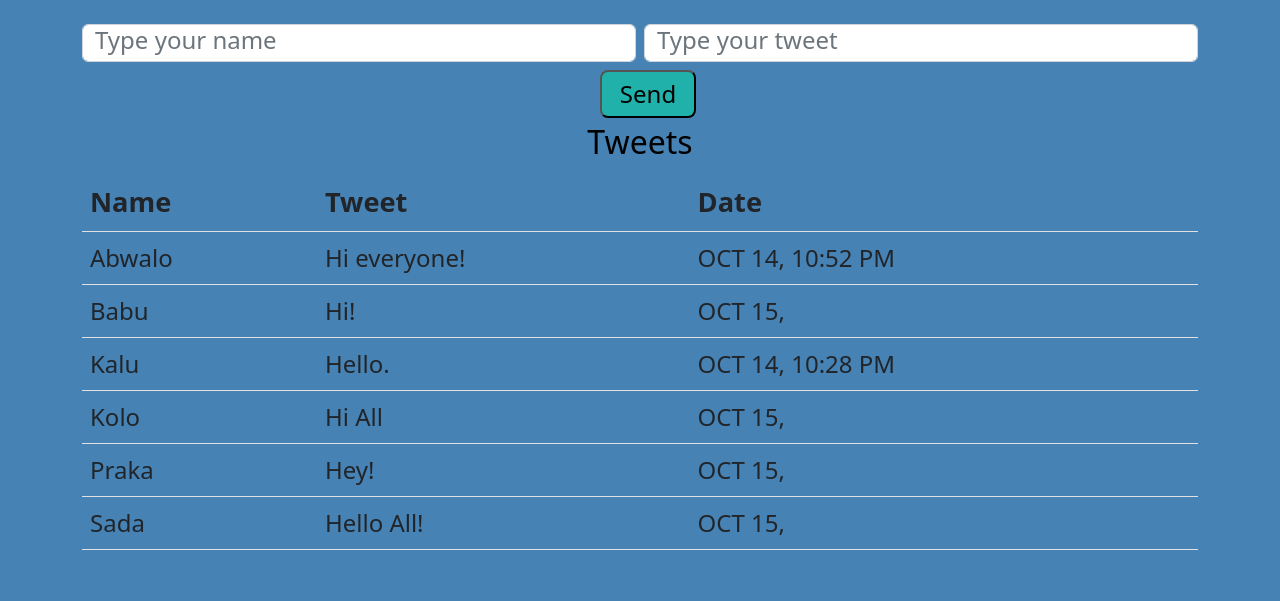
Repository: ShindanoSingi/poor-man-tweeter
Page: http://localhost/
These files come from the project's save history. The page is drawn as it stood at one moment and after the next save; the edit follows.
The browser window is 1280 px wide. The pictures show the whole page.
Some web libraries are served in a nearby version. The page is served by the project's application, run on Django 4.2 (poormantweeter/manage.py). Other server files are loaded and not shown. The page reads the database file committed with the project.

Above is the page before, as saved 2022-10-14 19:35:32.

### poormantweeter/poormantweeterapp/templates/poormantweeterapp/index.html
<!DOCTYPE html>
<html lang="en">
<head>
  <meta charset="UTF-8">
  <meta name="viewport" content="width=device-width, initial-scale=1.0">
  <title>Poor Man's Tweeter</title>


  {% comment %} <script src="https://cdn.tailwindcss.com"></script> {% endcomment %}
  <link href="https://cdn.jsdelivr.net/npm/bootstrap@5.2.2/dist/css/bootstrap.min.css" rel="stylesheet" integrity="sha384-Zenh87qX5JnK2Jl0vWa8Ck2rdkQ2Bzep5IDxbcnCeuOxjzrPF/et3URy9Bv1WTRi" crossorigin="anonymous">
  <link type="text/css"  href="/css/style.css">
  <script src="https://cdn.jsdelivr.net/npm/bootstrap@5.2.2/dist/js/bootstrap.bundle.min.js" integrity="sha384-OERcA2EqjJCMA+/3y+gxIOqMEjwtxJY7qPCqsdltbNJuaOe923+mo//f6V8Qbsw3" crossorigin="anonymous"></script>

  <script src="https://cdn.jsdelivr.net/npm/vue@2.7.10"></script>
  <script src="https://cdnjs.cloudflare.com/ajax/libs/axios/1.1.2/axios.min.js" integrity="sha512-bHeT+z+n8rh9CKrSrbyfbINxu7gsBmSHlDCb3gUF1BjmjDzKhoKspyB71k0CIRBSjE5IVQiMMVBgCWjF60qsvA==" crossorigin="anonymous" referrerpolicy="no-referrer"></script>

</head>
<body class="bg-[gainsboro]">
  <div id="app" class="container mt-4">
    <div class="input-textArea-bubmitButton">
      <div class="mb-2 input-textArea">
        <input v-model="author_text" type="text" id="author_text" class="form-control" placeholder="Type your name" >
        <input v-model="body_text" type="text" id="body_text" class="form-control" placeholder="Type your tweet">
    </div>
    <div class="send-button"><button type="button" class="submit-button" v-on:click="saveTweet">Send</button></div>
    </div>

    <table class="table max-w-10xl caption-top">
      <caption class="title">Tweets</caption>
      <thead class="mx-auto">
        <tr>
          <th scope="col">Name</th>
          <th scope="col">Tweet</th>
          <th scope="col">Date</th>
        </tr>
      </thead>
      <tbody>
        <tr v-for="tweet of tweets">
          <td >[[ tweet.author ]]</td>
          <td class="tdbody">[[ tweet.body ]]</td>
          <td>[[ tweet.date ]]</td>
        </tr>
      </tbody>
    </table>
  </div>


    <script>
      let app = new Vue({
        el: '#app',
        delimiters: ['[[', ']]'],
        data: {
          tweets: [],
          author_text: '',
          body_text: '',

        },
        methods: {
        saveTweet: function() {
          axios({
            url: "{% url 'poormantweeterapp:save_tweet' %}",
            method: 'post',
            data: {
              author_text: this.author_text,
              body_text: this.body_text,
            },
            headers:{
              'X-CSRFToken':'{{ csrf_token }}'
            }
          }).then(response => {
            console.log('response.data');
          })

          // Reload the page
          location.reload();
        }
        },
        created: function(){
          axios({
            url: "{% url 'poormantweeterapp:tweets' %}",
            method: 'get',
          }).then(response => {

            // Tweet array object
            this.tweets = [];

            // Assign the response from API to data.
            let data = response.data.tweet_items;

            // Loop through data array of objects and extract author name, tweet and date.
            for (let i = 0; i < data.length; i++) {
              let newDate = new Date(data[i].date)
              let stringDate = newDate.toString().split(' ')[1] + ' ' + newDate.toString().split(' ')[2];
              let hour = newDate.toString().split(' ')[4].substring(0,2)

              //let formattedAuthorName = ''
              //formattedAuthorName = data[i].author.charAt(0).toUpperCase() + data[i].author.substring(1)

              // Format time to show  from 1 to 12 AM or PM
              let time = '';
              if(hour === '12'){
                time += '12' + ':' + newDate.toString().split(' ')[4].substring(3,5) + ' PM'
              }
              if(hour === '13'){
                time += '1' + ':' + newDate.toString().split(' ')[4].substring(3,5) + ' PM'
              }
              if(hour === '14'){
                time += '2' + ':' + newDate.toString().split(' ')[4].substring(3,5) + ' PM'
              }
              if(hour === '15'){
                time += '3' + ':' + newDate.toString().split(' ')[4].substring(3,5) + ' PM'
              }
              if(hour === '16'){
                time += '4' + ':' + newDate.toString().split(' ')[4].substring(3,5) + ' PM'
              }
              if(hour === '17'){
                time += '5' + ':' + newDate.toString().split(' ')[4].substring(3,5) + ' PM'
              }
              if(hour === '18'){
                time += '6' + ':' + newDate.toString().split(' ')[4].substring(3,5) + ' PM'
              }
              if(hour === '19'){
                time += '7' + ':' + newDate.toString().split(' ')[4].substring(3,5) + ' PM'
              }
              if(hour === '20'){
                time += '8' + ':' + newDate.toString().split(' ')[4].substring(3,5) + ' PM'
              }
              if(hour === '21'){
                time += '9' + ':' + newDate.toString().split(' ')[4].substring(3,5) + ' PM'
              }
              if(hour === '22'){
                time += '10' + ':' + newDate.toString().split(' ')[4].substring(3,5) + ' PM'
              }
              if(hour === '23'){
                time += '11' + ':' + newDate.toString().split(' ')[4].substring(3,5) + ' PM'
              }
              if(hour === '24'){
                time += '12' + ':' + newDate.toString().split(' ')[4].substring(3,5) + ' AM'
              }
              if(hour === '01'){
                time += '1' + ':' + newDate.toString().split(' ')[4].substring(3,5) + ' AM'
              }
              if(hour === '02'){
                time += '2' + ':' + newDate.toString().split(' ')[4].substring(3,5) + ' AM'
              }
              if(hour === '03'){
                time += '3' + ':' + newDate.toString().split(' ')[4].substring(3,5) + ' AM'
              }
              if(hour === '04'){
                time += '4' + ':' + newDate.toString().split(' ')[4].substring(3,5) + ' AM'
              }
              if(hour === '05'){
                time += '5' + ':' + newDate.toString().split(' ')[4].substring(3,5) + ' AM'
              }
              if(hour === '06'){
                time += '6' + ':' + newDate.toString().split(' ')[4].substring(3,5) + ' AM'
              }
              if(hour === '07'){
                time += '7' + ':' + newDate.toString().split(' ')[4].substring(3,5) + ' AM'
              }
              if(hour === '08'){
                time += '8' + ':' + newDate.toString().split(' ')[4].substring(3,5) + ' AM'
              }
              if(hour === '09'){
                time += '9' + ':' + newDate.toString().split(' ')[4].substring(3,5) + ' AM'
              }
              if(hour === '10'){
                time += '10' + ':' + newDate.toString().split(' ')[4].substring(3,5) + ' AM'
              }
              if(hour === '11'){
                time += '11' + ':' + newDate.toString().split(' ')[4].substring(3,5) + ' AM'
              }

              // Format date
              let formattedDate = stringDate.toUpperCase() + ', ' + time;

              // Push data of interest in an array of objects
              this.tweets.push({
                author: data[i].author,
                body: data[i].body,
                date: formattedDate,
            })
          }
        });
        }
      });
    </script>


    {% comment %} Stylesheet {% endcomment %}
    <style>

      body {
        background-color: steelblue;
      }

      .container {
        margin: 0 auto;
      }

      @media (min-width: 320px) {

        .title{
          font-size: 1.2rem;
          text-align: center;
          color: black;
        }

      .container {
        margin: 0 auto;
      }

      th{
        font-size: 1rem;
      }

      td{
        font-size: 0.8rem;
      }

      .submit-button{
        width: 4.5rem;
        height: 2rem;
        border-radius: 0.5rem;
        background-color: lightseagreen;
        font-size: 1rem;
      }

      .input-textArea{
        display: flex;
        align-items: center;
        gap:  0.5rem;
      }
    }

    @media (min-width: 375px) {

      .title{
        font-size: 1.5rem;
        text-align: center;
        color: black;
      }

    .container {
      margin: 0 auto;
    }

    th{
      font-size: 1.2rem;
    }

    td{
      font-size: 1rem;
    }
  }

  @media (min-width: 768px) {

    .title{
      font-size: 2rem;
      text-align: center;
      color: black;
    }

    input::placeholder{
      font-size: 1.5rem;
    }

    .container {
      margin: 0 auto;
    }

  th{
    font-size: 1.6rem;
  }

  td{
    font-size: 1.5rem;
  }

  .submit-button{
    width: 6rem;
    height: 3rem;
    border-radius: 0.5rem;
    background-color: lightseagreen;
    font-size: 1.5rem;
  }

  input{
    font-size: 1.2rem;
  }

  #body_text::placeholder{
    font-size: 1.5rem;
    background-color
    display: flex;
    align-items: center;
    gap:  0.5rem;
  }
}

@media (min-width: 1024px) {

  .title{
    font-size: 2rem;
    text-align: center;
    color: black;
  }

  .container {
    margin: 0 auto;
  }

th{
  font-size: 1.7rem;
}

td{
  font-size: 1.5rem;
}

.send-button{
  width: 5rem;
  height: 2.5rem;
  border-radius: 0.5rem;
  background-color: lightseagreen;
  font-size: 1.2rem;
  margin: 0 auto;
}

input{
  font-size: 1.5rem;
}

#body_text::placeholder{
  font-size: 1.5rem;
  background-color
  display: flex;
  align-items: center;
  gap:  0.5rem;
}
}
    </style>

</body>
</html>

### poormantweeter/poormantweeterapp/views.py
from django.utils import timezone
import json
from django.shortcuts import render
from django.http import HttpResponse, JsonResponse
from .models import Tweet


# Create your views here.
def index(request):
     return render(request, 'poormantweeterapp/index.html')

# get all tweets ==> this is basically a GET request.
def tweets(request):

     # Order data by author name and date.
     tweet_items = Tweet.objects.order_by("author", "date")

     # Create a dictionary to hold all the tweets.
     data = {
          'tweet_items':[]
     }

     # Loop through all the tweets and add them to the dictionary.
     for tweet_item in tweet_items:
          data['tweet_items'].append({
               'author': tweet_item.author,
               'body': tweet_item.body,
               'date': tweet_item.date,
          })

     return JsonResponse(data)

def save_tweet(request):

     data = json.loads(request.body)

     author_text = data['author_text']
     body_text = data['body_text']

     # Ensure both author input text and body text have data before saving to the database.
     if ((len(author_text) > 0) and (len(body_text) > 0)):

          # Capture the new tweet object to the database
          tweet_item = Tweet(author=author_text, body=body_text, date=timezone.now())

          # Save input information to the database.
          tweet_item.save()

     else:
          print ('Ok')

### poormantweeter/poormantweeter/urls.py

from django.contrib import admin
from django.urls import path, include

urlpatterns = [
    path('admin/', admin.site.urls),
    path('', include('poormantweeterapp.urls'))
]

### poormantweeter/poormantweeterapp/urls.py

# import views and path
from django.urls import path
from . import views

app_name = 'poormantweeterapp'

urlpatterns = [
     path('', views.index, name='index'),
     path('tweets/', views.tweets, name='tweets'),
     path('savetweet/', views.save_tweet, name='save_tweet'),
]

### poormantweeter/poormantweeterapp/models.py
from django.db import models

# Create Tweet models.
class Tweet(models.Model):
     author = models.CharField(max_length=200)
     body = models.TextField(max_length=50)
     date = models.DateTimeField(auto_now_add=True)

     def __str__(self):
          return self.author

### poormantweeter/db.sqlite3 (the tables this page reads, as SQL)
CREATE TABLE "poormantweeterapp_tweet" ("id" integer NOT NULL PRIMARY KEY AUTOINCREMENT, "author" varchar(200) NOT NULL, "body" text NOT NULL, "date" datetime NOT NULL);
INSERT INTO "poormantweeterapp_tweet" VALUES
(72, 'Kalu', 'Hello.', '2022-10-14 22:28:59.595354'),
(79, 'Abwalo', 'Hi everyone!', '2022-10-14 22:52:50.175939'),
(81, 'Kolo', 'Hi All', '2022-10-15 00:25:55.742057'),
(82, 'Sada', 'Hello All!', '2022-10-15 00:30:41.557252'),
(83, 'Praka', 'Hey!', '2022-10-15 00:30:52.340784'),
(84, 'Babu', 'Hi!', '2022-10-15 00:31:02.427139');

After the next save:
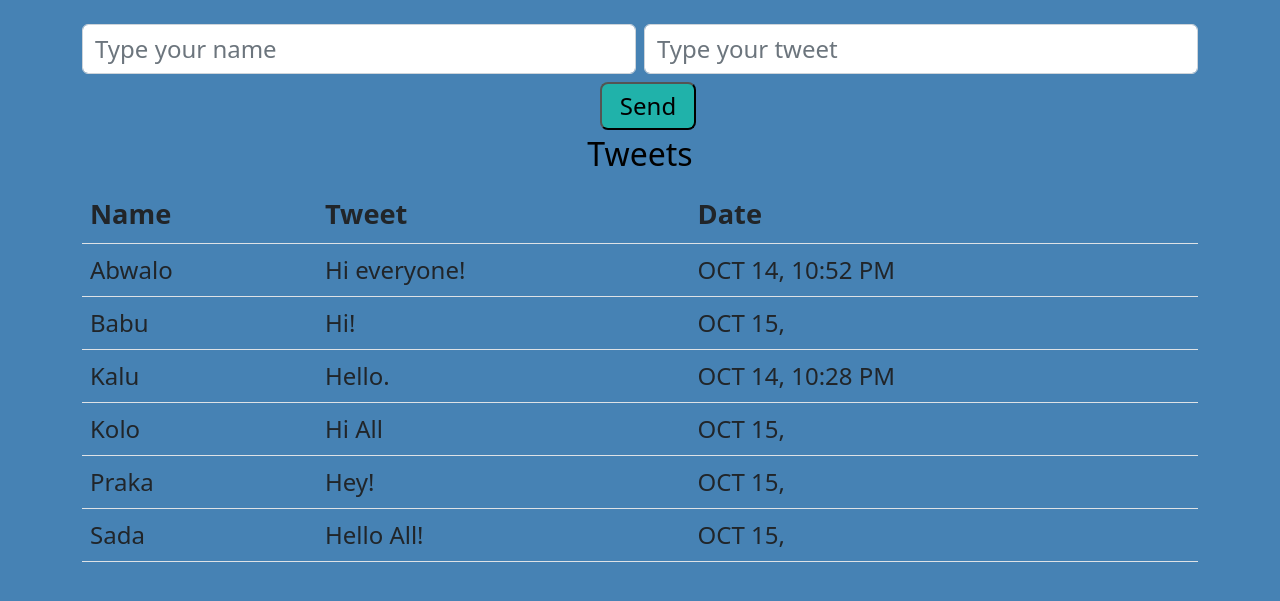
Saved 82 s later.
--- a/poormantweeter/poormantweeterapp/templates/poormantweeterapp/index.html
+++ b/poormantweeter/poormantweeterapp/templates/poormantweeterapp/index.html
@@ -328,7 +328,7 @@ td{
   margin: 0 auto;
 }
 
-input{
+input[type='text']{
   font-size: 1.5rem;
 }
 
